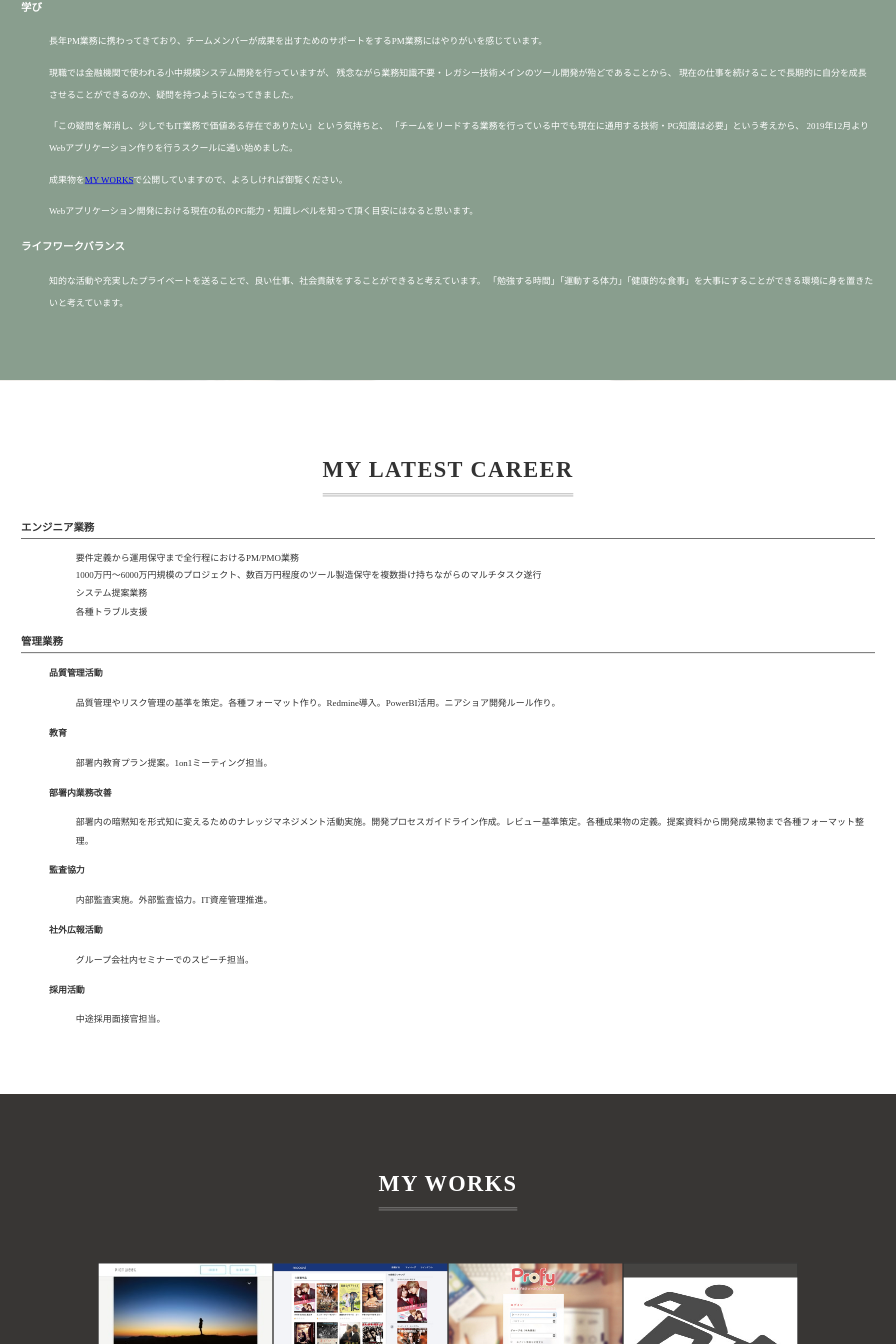
Repository: dackelteckel/myworks
Page: index.html
The author's editor kept a record of every edit. The page is drawn from the files as they stood at one moment, then again after the next edit.
The browser window is 1280 px wide. The pictures show the part of the page from y = 960 to 2880 px (the page is 3243 px tall before and 3198 px after), at 70% of full size.
Backgrounds fixed to the window are drawn as part of the page.

Above is the page before.

After the next edit:
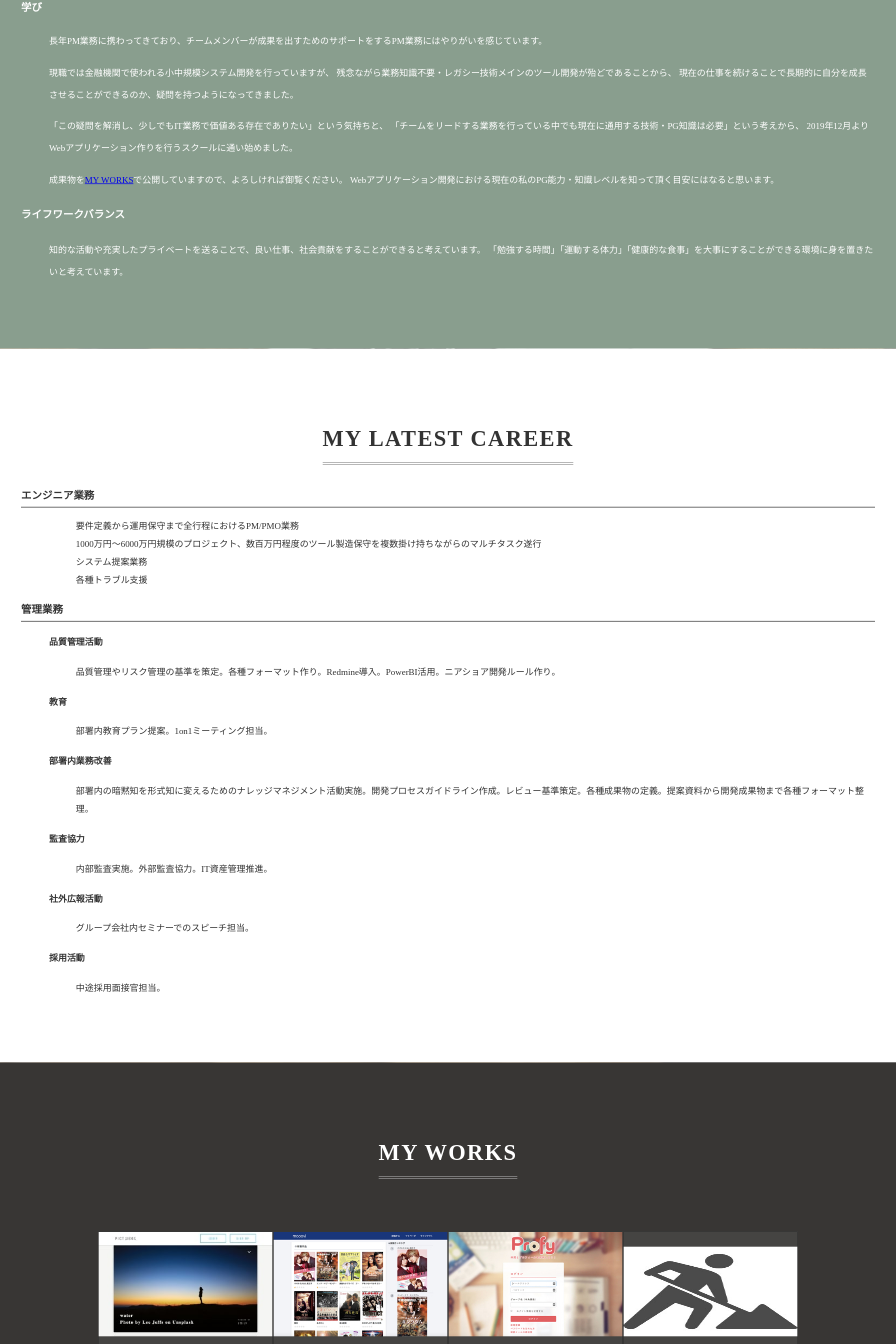
The edit:
--- a/index.html
+++ b/index.html
@@ -92,10 +92,7 @@
           </p>
           <p>
             成果物を<a href="#works">MY WORKS</a>で公開していますので、よろしければ御覧ください。
-          </p>
-          <!--<li class="note">-->
-          <p>
-          Webアプリケーション開発における現在の私のPG能力・知識レベルを知って頂く目安にはなると思います。
+            Webアプリケーション開発における現在の私のPG能力・知識レベルを知って頂く目安にはなると思います。
           </p>
         </li>
       </ul>
